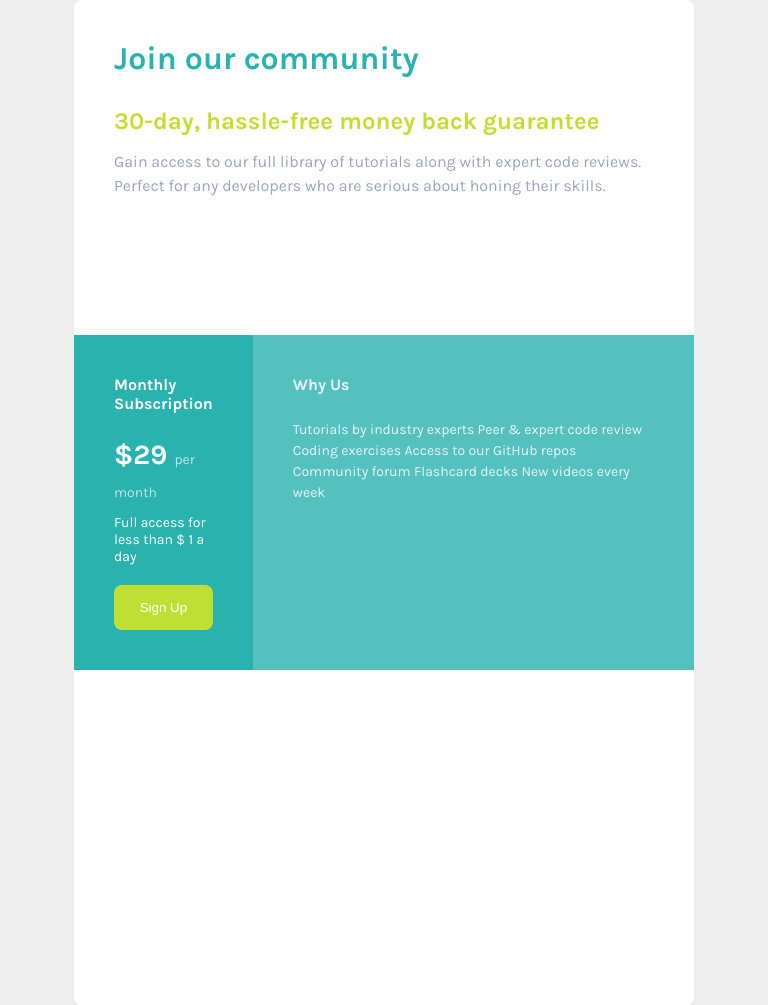
Repository: Akashiii1/WebSingleGrid_Day3
Page: index.html
The author's editor kept a copy of each file at every save. The page is drawn from the files as they stood at one save, then again after the next save.
The browser window is 768 px wide. The pictures show the whole page.

Above is the page before, as saved 2021-12-22 02:03:03.

After the next save:
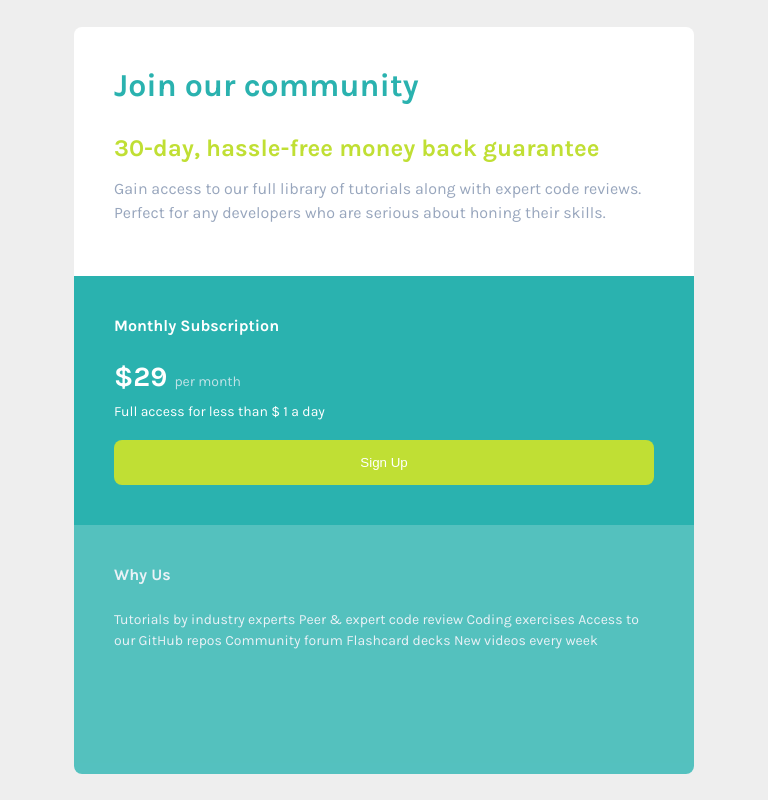
Saved 11 s later.
--- a/style.css
+++ b/style.css
@@ -139,6 +139,7 @@ body{
     grid-template-columns:1fr ;
     grid-template-rows: 1fr 1fr 1fr;
     grid-template-areas:"it1 "
-                        "it2 it3";
+                        "it2"
+                        "it3";
   }
 }
